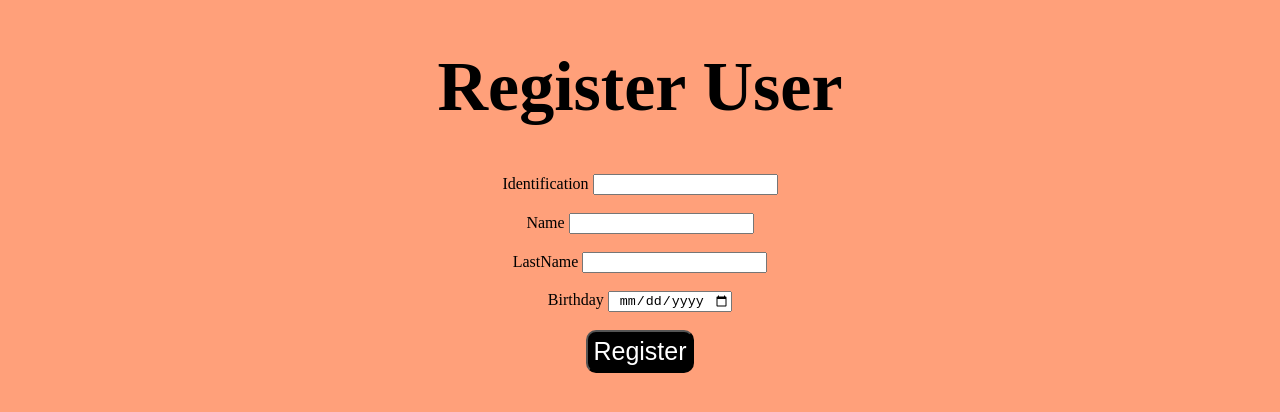
Repository: wil2022/grupo6
Page: templates/registar.html
The author's editor kept a record of every edit. The page is drawn from the files as they stood at one moment, then again after the next edit.
The browser window is 1280 px wide. The pictures show the whole page.

Above is the page before.

After the next edit:
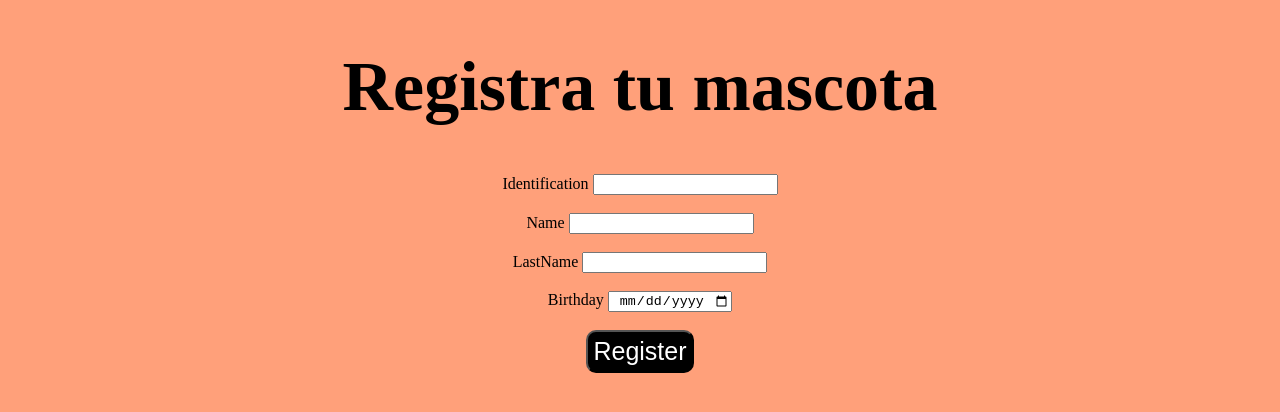
The edit:
--- a/templates/registar.html
+++ b/templates/registar.html
@@ -7,7 +7,7 @@
         <script src="../static/js/appregister.js" type="text/javascript" charset="utf-8"></script>
     </head>
     <body>
-        <h1>Register User</h1>
+        <h1>Registra tu mascota </h1>
         <form>
             <label >Identification</label> <input type="number"/><br> <br>
             <label >Name</label> <input type="text"/><br> <br>
